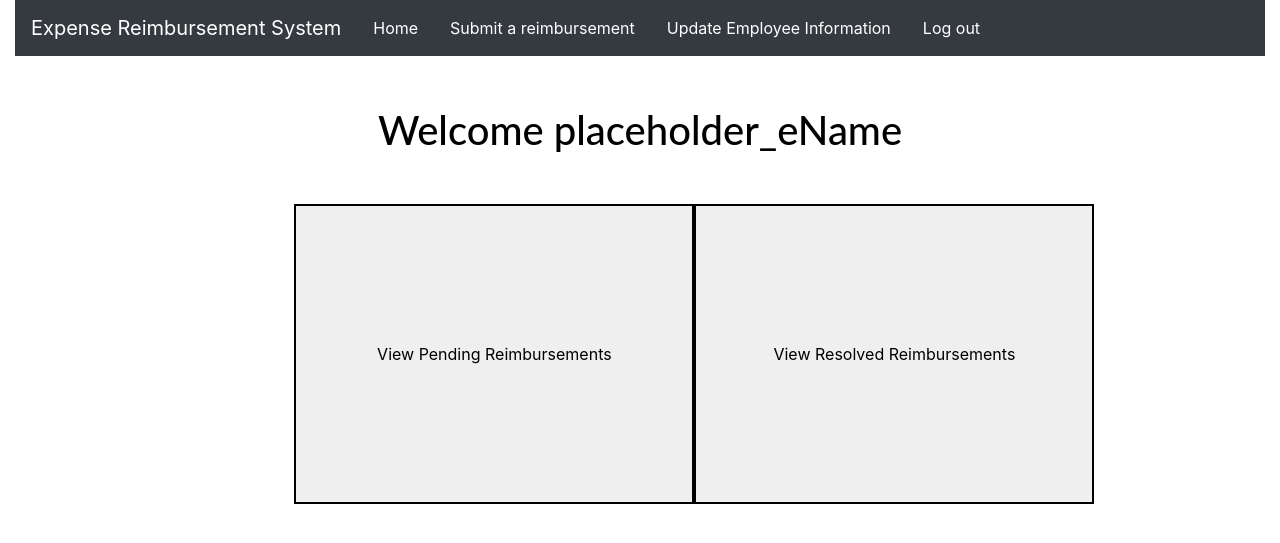
Repository: Trevormulrenin/ers-app
Page: ers-app/src/main/webapp/html/employee_home.html
An editor plug-in stored every save of this project. The page is shown before and after the next save, followed by the edit.
The browser window is 1280 px wide. The pictures show the whole page.

Above is the page before, as saved 2021-03-31 16:39:59.

After the next save:
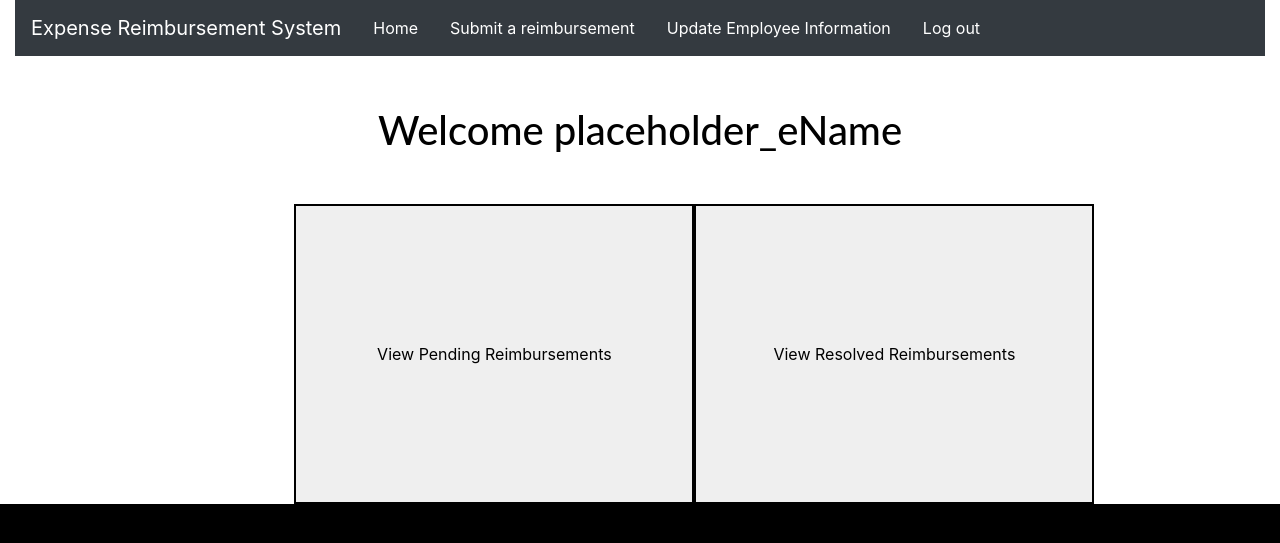
Saved 22 s later.
--- a/ers-app/src/main/webapp/html/employee_home.html
+++ b/ers-app/src/main/webapp/html/employee_home.html
@@ -40,6 +40,10 @@
 	font-size: 15px;
 	top:20%;
 }
+
+html {
+background-color: black;
+}
 </style>
 <body>
 	<div class="container-fluid">

After the save that followed:
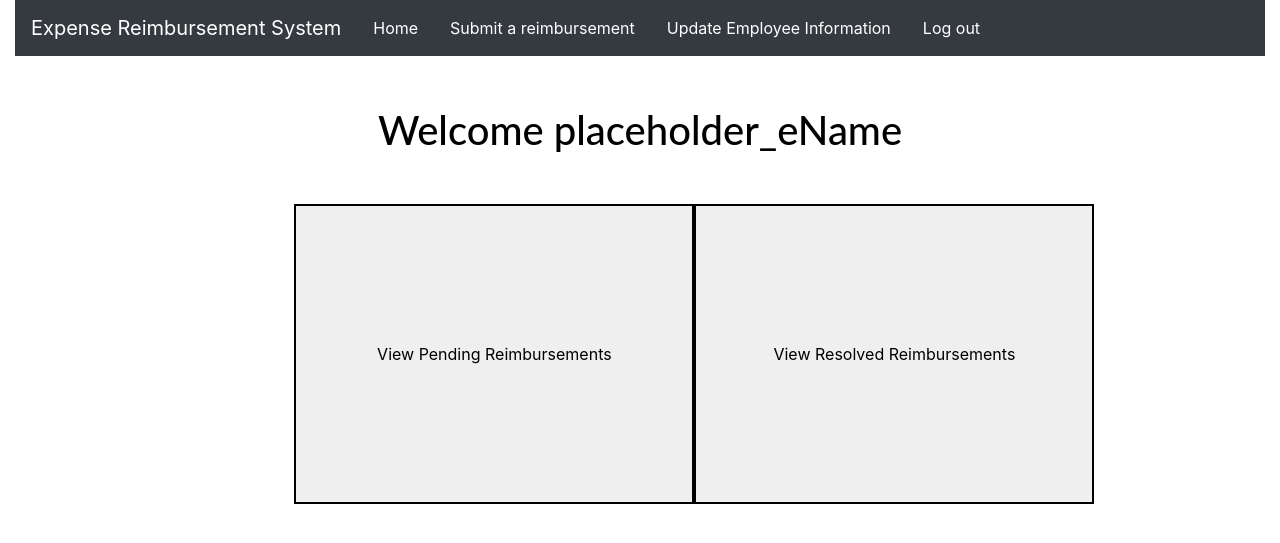
Saved 11 s later.
--- a/ers-app/src/main/webapp/html/employee_home.html
+++ b/ers-app/src/main/webapp/html/employee_home.html
@@ -40,10 +40,6 @@
 	font-size: 15px;
 	top:20%;
 }
-
-html {
-background-color: black;
-}
 </style>
 <body>
 	<div class="container-fluid">
